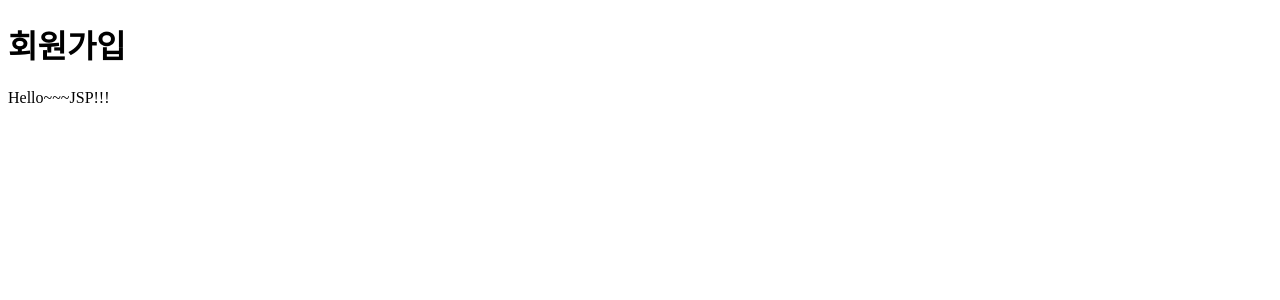
Repository: hiiiiiilim/Servlet-JSP-Workspace
Page: http://localhost/join/register.jsp
These files come from the project's save history. The page is drawn as it stood at one moment and after the next save; the edit follows.
The browser window is 1280 px wide. The pictures show the whole page.
The page is served by Tomcat 9. Other server files are loaded and not shown.

Above is the page before, as saved 2023-11-07 00:38:45.

### join/src/main/webapp/register.jsp
<%@ page language="java" contentType="text/html; charset=EUC-KR"
    pageEncoding="EUC-KR"%>
<!DOCTYPE html>
<html>
<head>
<meta charset="EUC-KR">
<title>Insert title here</title>
</head>
<body>
<h1>회원가입</h1>
<%
	String msg = "Hello~~~JSP!!!";
	out.println(msg);
%>
</body>
</html>

After the next save:
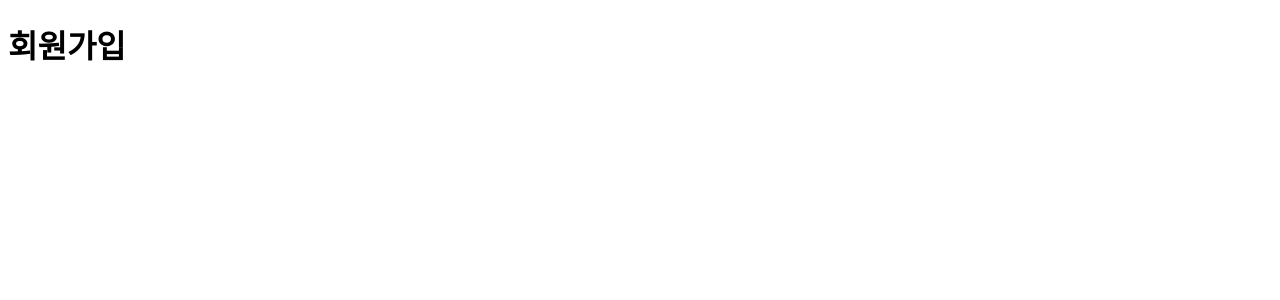
Saved 12 s later.
--- a/join/src/main/webapp/register.jsp
+++ b/join/src/main/webapp/register.jsp
@@ -8,9 +8,6 @@
 </head>
 <body>
 <h1>회원가입</h1>
-<%
-	String msg = "Hello~~~JSP!!!";
-	out.println(msg);
-%>
+
 </body>
 </html>
